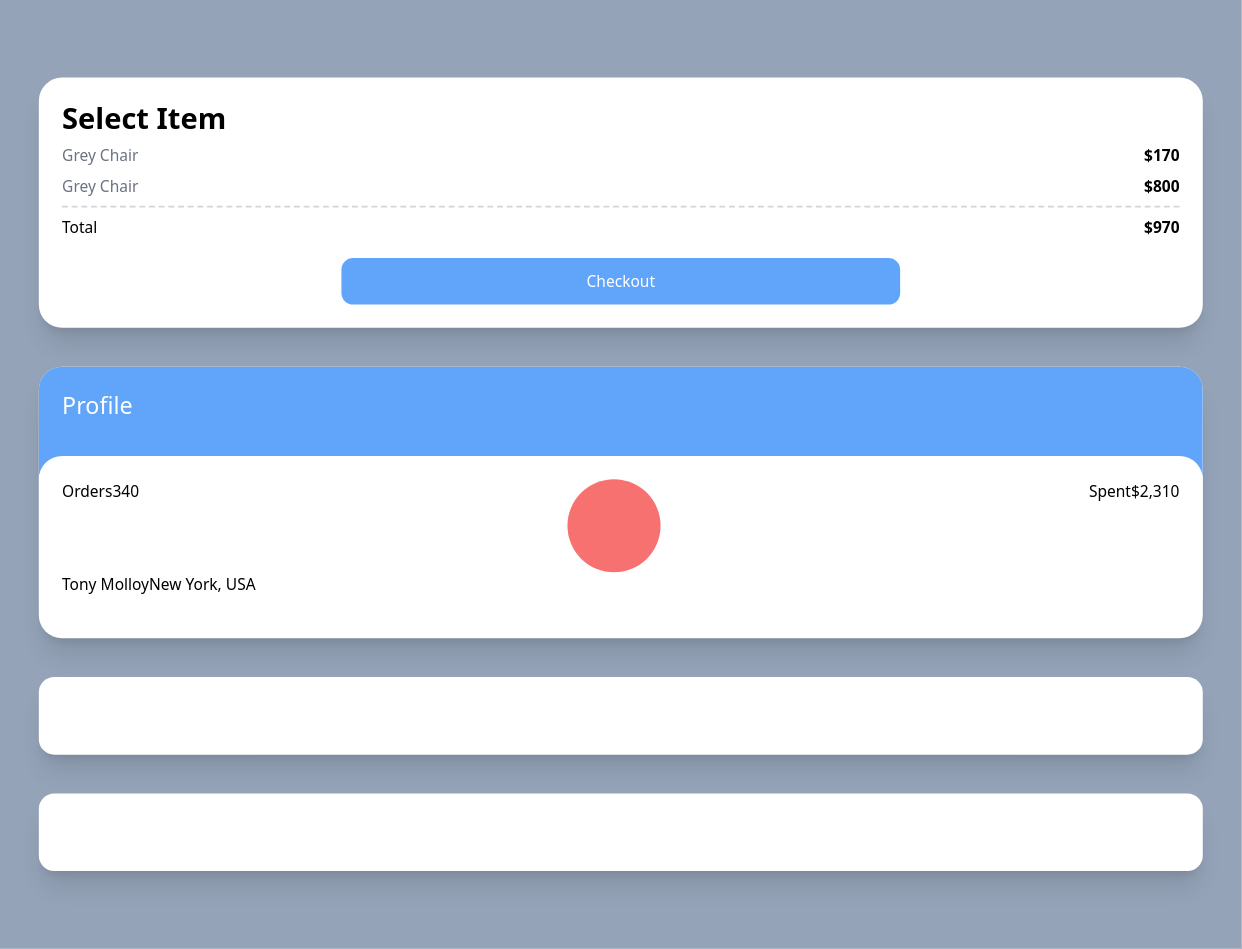
Repository: pjk0007/nextjs-carrot-marcket
Page: /
These files come from the project's save history. The page is drawn as it stood at one moment and after the next save; the edit follows.
The browser window is 1280 px wide. The pictures show the whole page, at 97% of full size.
The project was rebuilt for these pictures with package versions that can differ from the ones it lists, and the page was loaded fresh each time. The framework's server and built-in components were replaced by stand-ins that run in the browser. Also part of the build but not shown: next.config.js.

Above is the page before, as saved 2022-04-30 13:12:12.

### pages/index.tsx
import type { NextPage } from 'next'
const Home: NextPage = () => {
  return (
    <div className='bg-slate-400 py-20 px-10 grid gap-10'>
      <div className='bg-white p-6 rounded-3xl shadow-xl'>
        <span className='font-semibold text-3xl'>Select Item</span>
        <div className='flex justify-between my-2'>
          <span className='text-gray-500'>Grey Chair</span>
          <span className='font-semibold'>$170</span>
        </div>
        <div className='flex justify-between'>
          <span className='text-gray-500'>Grey Chair</span>
          <span className='font-semibold'>$800</span>
        </div>
        <div className='flex justify-between mt-2 pt-2 border-t-2 border-dashed border-gray-300'>
          <span>Total</span>
          <span className='font-semibold'>$970</span>
        </div>
        <div className='mt-5 bg-blue-400 text-white p-3 text-center rounded-xl w-1/2 mx-auto'>Checkout</div>
      </div>

      <div className='bg-white overflow-hidden rounded-3xl shadow-xl'>
        <div className='bg-blue-400 p-6 pb-14'>
          <span className='text-white text-2xl'>Profile</span>
        </div>
        <div className='rounded-3xl p-6 relative -top-5 bg-white'>
          <div className='flex justify-between'>
            <div>
              <span>Orders</span>
              <span>340</span>
            </div>
            <div className='h-24 w-24 bg-red-400 rounded-full'/>
            <div>
              <span>Spent</span>
              <span>$2,310</span>
            </div>
          </div>
            <div>
              <span>Tony Molloy</span>
              <span>New York, USA</span>
            </div>
        </div>
      </div>
      <div className='bg-white p-10 rounded-2xl shadow-xl'></div>
      <div className='bg-white p-10 rounded-2xl shadow-xl'></div>
    </div>
  );
}

export default Home

### tailwind.config.js
module.exports = {
  content: [
    "./pages/**/*.{js,jsx,ts,tsx}",
    "./components/**/*.{js,jsx,ts,tsx}"
  ],
  theme: {
    extend: {},
  },
  plugins: [],
}

Loaded but not shown: pages/_app.tsx (common file); styles/globals.css (common file)

After the next save:
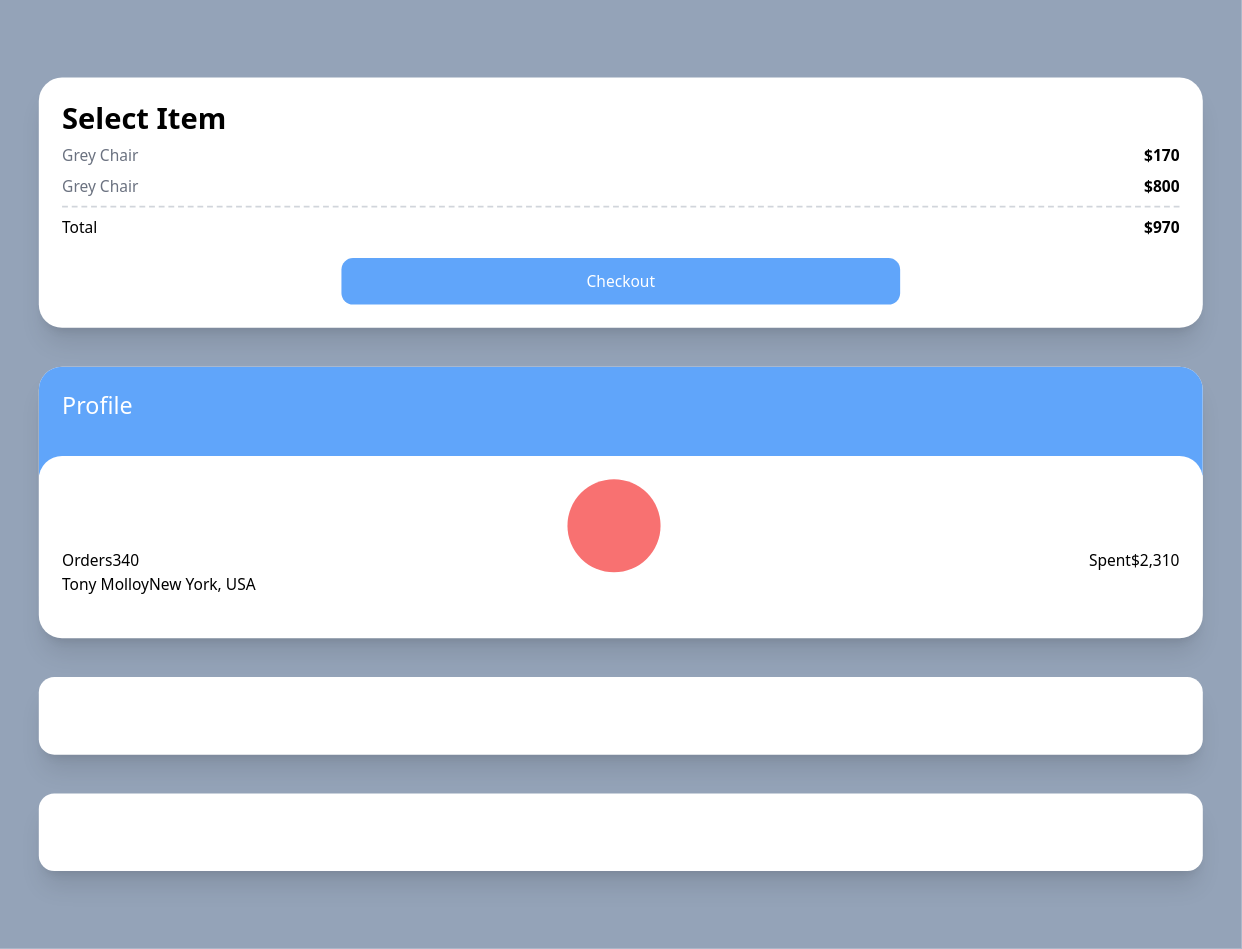
Saved 17 s later.
--- a/pages/index.tsx
+++ b/pages/index.tsx
@@ -24,7 +24,7 @@ const Home: NextPage = () => {
           <span className='text-white text-2xl'>Profile</span>
         </div>
         <div className='rounded-3xl p-6 relative -top-5 bg-white'>
-          <div className='flex justify-between'>
+          <div className='flex items-end justify-between'>
             <div>
               <span>Orders</span>
               <span>340</span>
@@ -35,10 +35,10 @@ const Home: NextPage = () => {
               <span>$2,310</span>
             </div>
           </div>
-            <div>
-              <span>Tony Molloy</span>
-              <span>New York, USA</span>
-            </div>
+          <div>
+            <span>Tony Molloy</span>
+            <span>New York, USA</span>
+          </div>
         </div>
       </div>
       <div className='bg-white p-10 rounded-2xl shadow-xl'></div>
